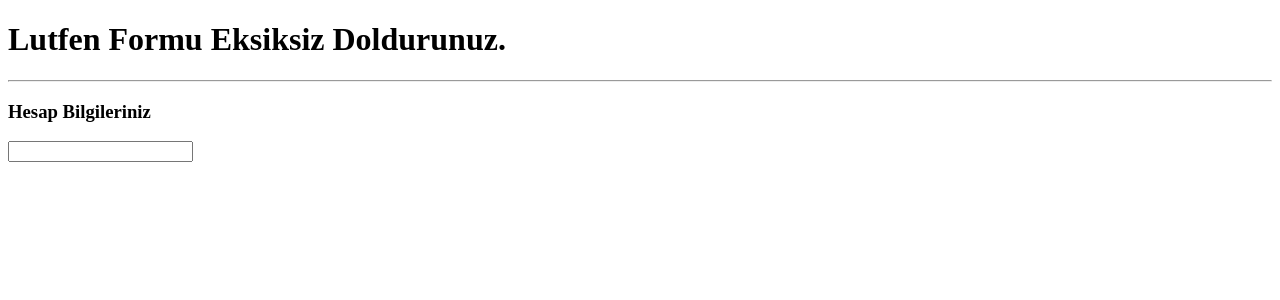
Repository: sammkrt/git101
Page: html-css-TrainingMyself/uygulama4.html
The author's editor kept a copy of each file at every save. The page is drawn from the files as they stood at one save, then again after the next save.
The browser window is 1280 px wide. The pictures show the whole page.

Above is the page before, as saved 2022-12-22 12:43:20.

After the next save:
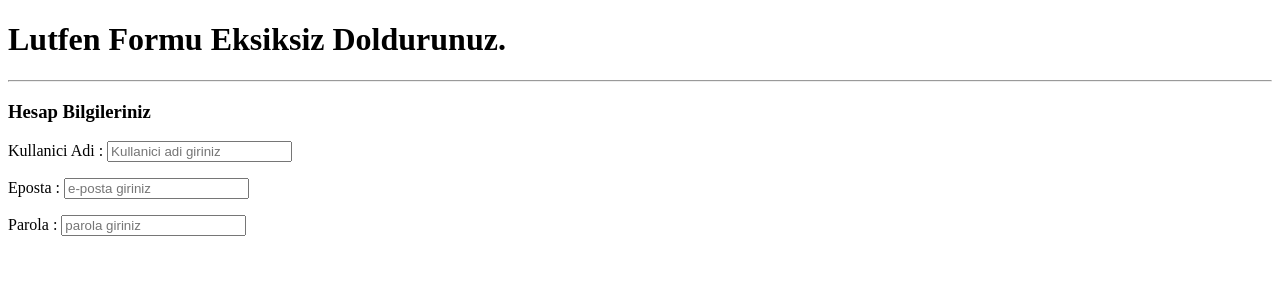
Saved 29 s later.
--- a/html-css-TrainingMyself/uygulama4.html
+++ b/html-css-TrainingMyself/uygulama4.html
@@ -11,7 +11,15 @@
     <hr>
     <h3>Hesap Bilgileriniz</h3>
     <form >
-        <input Kullanici Adi: type="text"
+        <p>
+            Kullanici Adi : <input type="text" placeholder="Kullanici adi giriniz">
+        </p>
+        <p>
+            Eposta : <input type="email" placeholder="e-posta giriniz">
+        </p>
+        <p>
+            Parola : <input type="password" placeholder="parola giriniz">
+        </p>
 
 
 
